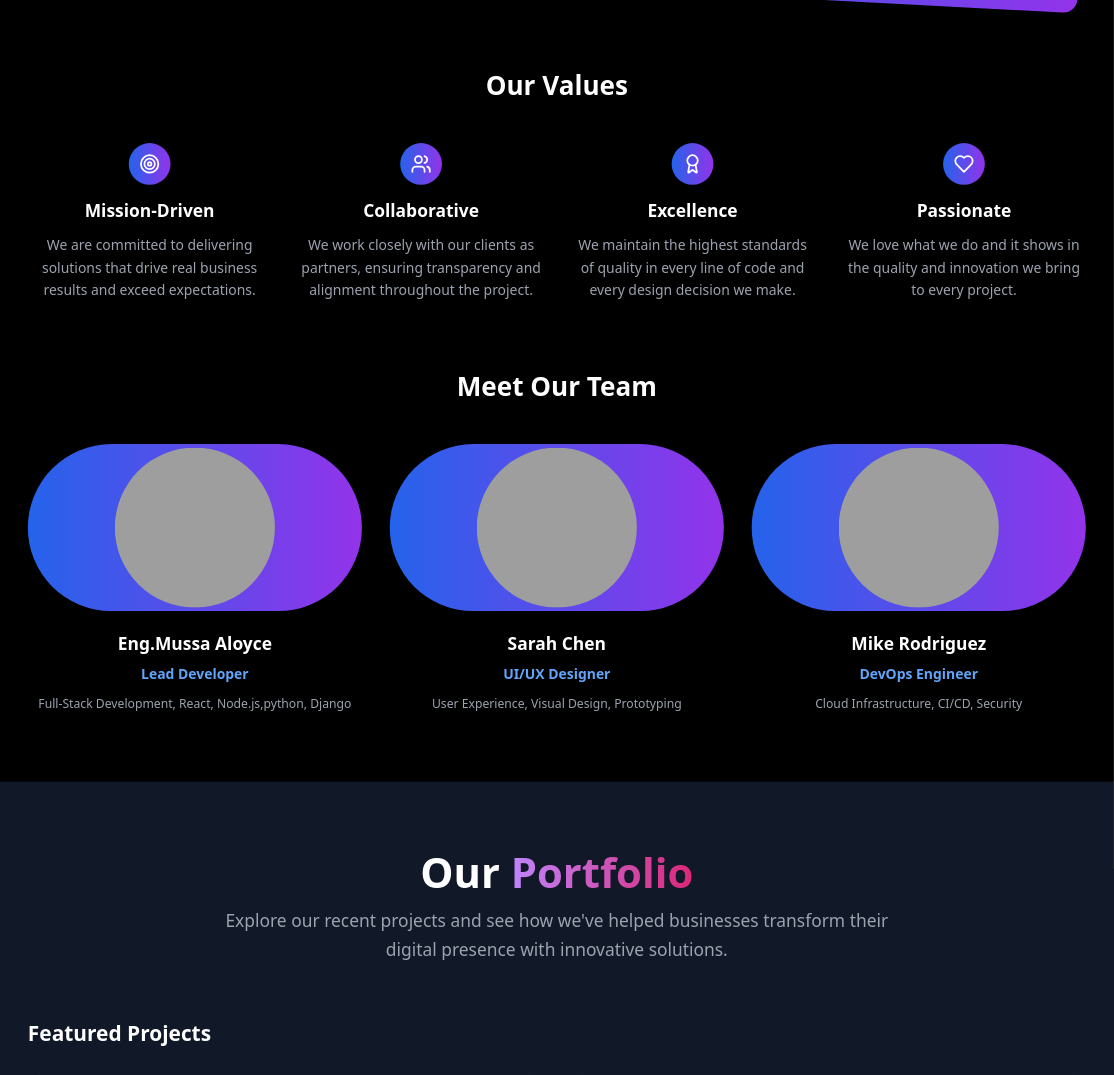
Repository: naza-webtech/nazawebtech.com
Page: /
An editor plug-in stored every save of this project. The page is shown before and after a run of saves, followed by the edit.
The browser window is 1280 px wide. The pictures show the part of the page from y = 3674 to 4910 px (the page is 9097 px tall), at 87% of full size.
Pictures or frames that could not be fetched are drawn as grey boxes. The project was rebuilt for these pictures with package versions that can differ from the ones it lists, and the page was loaded fresh each time. Also part of the build but not shown: vite.config.ts.

Above is the page before, as saved 2025-11-14 09:16:57.

### index.html
<!doctype html>
<html lang="en">
  <head>
    <meta charset="UTF-8" />
    <link rel="icon" type="image/svg+xml" href="/vite.svg" />
    <meta name="viewport" content="width=device-width, initial-scale=1.0" />
    <title>NazaWebTech - Web Development & Digital Solutions</title>
    <meta name="description" content="Transform your business with innovative web development, mobile apps, and digital solutions. Expert team delivering cutting-edge technology solutions.">
    <meta name="keywords" content="web development, mobile apps, e-commerce, digital solutions, React, Next.js, technology consulting">
  </head>
  <body>
    <div id="root"></div>
    <script type="module" src="/src/main.tsx"></script>
  </body>
</html>

### src/App.tsx
import React from 'react';
import Header from './components/Header';
import Hero from './components/Hero';
import Services from './components/Services';
import About from './components/About';
import Portfolio from './components/Portfolio';
import Testimonials from './components/Testimonials';
import Contact from './components/Contact';
import Footer from './components/Footer';

function App() {
  return (
    <div className="bg-black">
      <Header />
      <Hero />
      <Services />
      <About />
      <Portfolio />
      <Testimonials />
      <Contact />
      <Footer />
    </div>
  );
}

export default App;

### src/components/Header.tsx
import React, { useState, useEffect } from 'react';
import { Menu, X, Code2 } from 'lucide-react';

const Header = () => {
  const [isMenuOpen, setIsMenuOpen] = useState(false);
  const [isScrolled, setIsScrolled] = useState(false);

  useEffect(() => {
    const handleScroll = () => {
      setIsScrolled(window.scrollY > 50);
    };
    window.addEventListener('scroll', handleScroll);
    return () => window.removeEventListener('scroll', handleScroll);
  }, []);

  const navItems = [
    { label: 'Home', href: '#home' },
    { label: 'Services', href: '#services' },
    { label: 'About', href: '#about' },
    { label: 'Portfolio', href: '#portfolio' },
    { label: 'Contact', href: '#contact' },
  ];

  const scrollToSection = (href: string) => {
    const element = document.querySelector(href);
    if (element) {
      element.scrollIntoView({ behavior: 'smooth' });
      setIsMenuOpen(false);
    }
  };

  return (
    <header className={`fixed top-0 left-0 right-0 z-50 transition-all duration-300 ${
      isScrolled ? 'bg-gray-900/95 backdrop-blur-md shadow-lg' : 'bg-transparent'
    }`}>
      <div className="max-w-7xl mx-auto px-4 sm:px-6 lg:px-8">
        <div className="flex items-center justify-between h-16">
          <div className="flex items-center space-x-2">
            <Code2 className="h-8 w-8 text-blue-500" />
            <span className="text-xl font-bold text-white">NazaWebTech</span>
          </div>

          <nav className="hidden md:flex items-center space-x-8">
            {navItems.map((item) => (
              <button
                key={item.label}
                onClick={() => scrollToSection(item.href)}
                className="text-gray-300 hover:text-white transition-colors duration-200 font-medium"
              >
                {item.label}
              </button>
            ))}
            <button
              onClick={() => scrollToSection('#contact')}
              className="bg-blue-600 hover:bg-blue-700 text-white px-6 py-2 rounded-full transition-colors duration-200 font-medium"
            >
              Get Started
            </button>
          </nav>

          <button
            className="md:hidden text-white"
            onClick={() => setIsMenuOpen(!isMenuOpen)}
          >
            {isMenuOpen ? <X size={24} /> : <Menu size={24} />}
          </button>
        </div>

        {/* Mobile menu */}
        {isMenuOpen && (
          <div className="md:hidden bg-gray-900/95 backdrop-blur-md rounded-lg mt-2 p-4">
            {navItems.map((item) => (
              <button
                key={item.label}
                onClick={() => scrollToSection(item.href)}
                className="block w-full text-left text-gray-300 hover:text-white py-2 transition-colors duration-200"
              >
                {item.label}
              </button>
            ))}
            <button
              onClick={() => scrollToSection('#contact')}
              className="w-full bg-blue-600 hover:bg-blue-700 text-white px-6 py-2 rounded-full transition-colors duration-200 mt-4"
            >
              Get Started
            </button>
          </div>
        )}
      </div>
    </header>
  );
};

export default Header;

### src/components/Hero.tsx
import React from 'react';
import { ArrowRight, Play } from 'lucide-react';

const Hero = () => {
  const scrollToSection = (href: string) => {
    const element = document.querySelector(href);
    if (element) {
      element.scrollIntoView({ behavior: 'smooth' });
    }
  };

  return (
    <section id="home" className="relative min-h-screen flex items-center justify-center overflow-hidden">
      {/* Background */}
      <div className="absolute inset-0 bg-gradient-to-br from-gray-900 via-gray-800 to-black">
        <div className="absolute inset-0 bg-[url('https://images.pexels.com/photos/546819/pexels-photo-546819.jpeg')] bg-cover bg-center opacity-10"></div>
        <div className="absolute inset-0 bg-gradient-to-r from-blue-600/20 to-purple-600/20"></div>
      </div>

      {/* Animated particles */}
      <div className="absolute inset-0">
        {[...Array(20)].map((_, i) => (
          <div
            key={i}
            className="absolute w-2 h-2 bg-blue-500 rounded-full opacity-30 animate-pulse"
            style={{
              left: `${Math.random() * 100}%`,
              top: `${Math.random() * 100}%`,
              animationDelay: `${Math.random() * 3}s`,
              animationDuration: `${2 + Math.random() * 3}s`,
            }}
          />
        ))}
      </div>

      <div className="relative z-10 max-w-7xl mx-auto px-4 sm:px-6 lg:px-8 text-center">
        <div className="max-w-4xl mx-auto">
          <h1 className="text-5xl md:text-7xl font-bold text-white mb-6 leading-tight">
            <span className="bg-gradient-to-r from-blue-400 to-purple-600 bg-clip-text text-transparent">
              Crafting
            </span>{' '}
            Digital Excellence
          </h1>

          <p className="text-xl md:text-2xl text-gray-300 mb-8 leading-relaxed max-w-3xl mx-auto">
            We transform your vision into powerful digital experiences through cutting-edge web development,
            innovative design, and strategic technology solutions.
          </p>

          <div className="flex flex-col sm:flex-row items-center justify-center gap-4 mb-12">
            <button
              onClick={() => scrollToSection('#services')}
              className="group bg-blue-600 hover:bg-blue-700 text-white px-8 py-4 rounded-full font-semibold transition-all duration-300 transform hover:scale-105 hover:shadow-xl flex items-center gap-2"
            >
              Explore Our Services
              <ArrowRight className="w-5 h-5 group-hover:translate-x-1 transition-transform duration-300" />
            </button>

            <button
              onClick={() => scrollToSection('#portfolio')}
              className="group bg-transparent border-2 border-white text-white hover:bg-white hover:text-gray-900 px-8 py-4 rounded-full font-semibold transition-all duration-300 flex items-center gap-2"
            >
              <Play className="w-5 h-5" />
              View Our Work
            </button>
          </div>

          <div className="grid grid-cols-1 md:grid-cols-3 gap-8 mt-16">
            <div className="text-center">
              <div className="text-4xl font-bold text-blue-400 mb-2">50+</div>
              <div className="text-gray-400">Projects Completed</div>
            </div>
            <div className="text-center">
              <div className="text-4xl font-bold text-emerald-400 mb-2">5+</div>
              <div className="text-gray-400">Years Experience</div>
            </div>
            <div className="text-center">
              <div className="text-4xl font-bold text-orange-400 mb-2">100%</div>
              <div className="text-gray-400">Client Satisfaction</div>
            </div>
          </div>
        </div>
      </div>

      {/* Scroll indicator */}
      <div className="absolute bottom-8 left-1/2 transform -translate-x-1/2 animate-bounce">
        <div className="w-6 h-10 border-2 border-white rounded-full flex justify-center">
          <div className="w-1 h-3 bg-white rounded-full mt-2 animate-pulse"></div>
        </div>
      </div>
    </section>
  );
};

export default Hero;

### src/components/About.tsx
import React from 'react';
import { Users, Award, Target, Heart } from 'lucide-react';

const About = () => {
  const values = [
    {
      icon: <Target className="w-6 h-6" />,
      title: 'Mission-Driven',
      description: 'We are committed to delivering solutions that drive real business results and exceed expectations.'
    },
    {
      icon: <Users className="w-6 h-6" />,
      title: 'Collaborative',
      description: 'We work closely with our clients as partners, ensuring transparency and alignment throughout the project.'
    },
    {
      icon: <Award className="w-6 h-6" />,
      title: 'Excellence',
      description: 'We maintain the highest standards of quality in every line of code and every design decision we make.'
    },
    {
      icon: <Heart className="w-6 h-6" />,
      title: 'Passionate',
      description: 'We love what we do and it shows in the quality and innovation we bring to every project.'
    }
  ];

  const team = [
    {
      name: 'Eng.Mussa Aloyce',
      role: 'Lead Developer',
      image: 'p',
      expertise: 'Full-Stack Development, React, Node.js,python, Django'
    },
    {
      name: 'Sarah Chen',
      role: 'UI/UX Designer',
      image: 'https://images.pexels.com/photos/774909/pexels-photo-774909.jpeg',
      expertise: 'User Experience, Visual Design, Prototyping'
    },
    {
      name: 'Mike Rodriguez',
      role: 'DevOps Engineer',
      image: 'https://images.pexels.com/photos/697509/pexels-photo-697509.jpeg',
      expertise: 'Cloud Infrastructure, CI/CD, Security'
    }
  ];

  return (
    <section id="about" className="py-20 bg-black">
      <div className="max-w-7xl mx-auto px-4 sm:px-6 lg:px-8">
        <div className="text-center mb-16">
          <h2 className="text-4xl md:text-5xl font-bold text-white mb-4">
            About <span className="bg-gradient-to-r from-emerald-400 to-blue-600 bg-clip-text text-transparent">NazaWebTech</span>
          </h2>
          <p className="text-xl text-gray-400 max-w-3xl mx-auto leading-relaxed">
            We're a passionate team of developers, designers, and strategists dedicated to creating
            exceptional digital experiences that drive business growth.
          </p>
        </div>

        <div className="grid grid-cols-1 lg:grid-cols-2 gap-16 items-center mb-20">
          <div>
            <h3 className="text-3xl font-bold text-white mb-6">Our Story</h3>
            <p className="text-gray-300 mb-6 leading-relaxed">
              Founded in 2019, NazaWebTech began as a vision to bridge the gap between cutting-edge
              technology and business success. We've grown from a small startup to a trusted partner
              for businesses ranging from startups to enterprise corporations.
            </p>
            <p className="text-gray-300 mb-6 leading-relaxed">
              Our approach combines technical expertise with deep business understanding, ensuring
              that every solution we create not only works flawlessly but also drives measurable
              results for our clients.
            </p>
            <div className="flex items-center space-x-8">
              <div>
                <div className="text-2xl font-bold text-emerald-400">50+</div>
                <div className="text-gray-400 text-sm">Happy Clients</div>
              </div>
              <div>
                <div className="text-2xl font-bold text-blue-400">100+</div>
                <div className="text-gray-400 text-sm">Projects</div>
              </div>
              <div>
                <div className="text-2xl font-bold text-orange-400">5+</div>
                <div className="text-gray-400 text-sm">Years</div>
              </div>
            </div>
          </div>

          <div className="relative">
            <div className="absolute inset-0 bg-gradient-to-r from-blue-600 to-purple-600 rounded-2xl transform rotate-3"></div>
            <img
              src="https://images.pexels.com/photos/3183150/pexels-photo-3183150.jpeg"
              alt="Team working"
              className="relative rounded-2xl w-full h-96 object-cover"
            />
          </div>
        </div>

        <div className="mb-20">
          <h3 className="text-3xl font-bold text-white text-center mb-12">Our Values</h3>
          <div className="grid grid-cols-1 md:grid-cols-2 lg:grid-cols-4 gap-8">
            {values.map((value, index) => (
              <div key={index} className="text-center">
                <div className="bg-gradient-to-r from-blue-600 to-purple-600 w-12 h-12 rounded-full flex items-center justify-center mx-auto mb-4 text-white">
                  {value.icon}
                </div>
                <h4 className="text-xl font-bold text-white mb-3">{value.title}</h4>
                <p className="text-gray-400 leading-relaxed">{value.description}</p>
              </div>
            ))}
          </div>
        </div>

        <div>
          <h3 className="text-3xl font-bold text-white text-center mb-12">Meet Our Team</h3>
          <div className="grid grid-cols-1 md:grid-cols-3 gap-8">
            {team.map((member, index) => (
              <div key={index} className="group text-center">
                <div className="relative mb-6">
                  <div className="absolute inset-0 bg-gradient-to-r from-blue-600 to-purple-600 rounded-full transform group-hover:scale-105 transition-transform duration-300"></div>
                  <img
                    src={member.image}
                    alt={member.name}
                    className="relative w-48 h-48 rounded-full object-cover mx-auto p-1"
                  />
                </div>
                <h4 className="text-xl font-bold text-white mb-2">{member.name}</h4>
                <p className="text-blue-400 font-semibold mb-3">{member.role}</p>
                <p className="text-gray-400 text-sm">{member.expertise}</p>
              </div>
            ))}
          </div>
        </div>
      </div>
    </section>
  );
};

export default About;

### src/components/Testimonials.tsx
import React from 'react';
import { Star, Quote } from 'lucide-react';

const Testimonials = () => {
  const testimonials = [
    {
      name: 'M',
      role: 'CEO, TechStart Inc.',
      image: 'https://images.pexels.com/photos/415829/pexels-photo-415829.jpeg',
      content: 'NazaWebTech transformed our outdated website into a modern, high-performing platform that increased our conversions by 200%. Their attention to detail and technical expertise is unmatched.',
      rating: 5
    },
    {
      name: 'David Kim',
      role: 'Founder, EcoCommerce',
      image: 'https://images.pexels.com/photos/1222271/pexels-photo-1222271.jpeg',
      content: 'Working with NazaWebTech was a game-changer for our e-commerce business. They delivered a scalable solution that handles our peak traffic seamlessly. Highly recommended!',
      rating: 5
    },
    {
      name: 'Maria Santos',
      role: 'CTO, HealthTech Solutions',
      image: 'https://images.pexels.com/photos/733872/pexels-photo-733872.jpeg',
      content: 'The team\'s expertise in healthcare technology and compliance requirements was impressive. They delivered a HIPAA-compliant platform that exceeds all our expectations.',
      rating: 5
    },
    {
      name: 'Robert Chen',
      role: 'Director, Financial Services',
      image: 'https://images.pexels.com/photos/1043471/pexels-photo-1043471.jpeg',
      content: 'Security and performance were our top priorities, and NazaWebTech delivered on both fronts. Our mobile app has been running flawlessly with zero security incidents.',
      rating: 5
    }
  ];

  return (
    <section className="py-20 bg-black">
      <div className="max-w-7xl mx-auto px-4 sm:px-6 lg:px-8">
        <div className="text-center mb-16">
          <h2 className="text-4xl md:text-5xl font-bold text-white mb-4">
            What Our <span className="bg-gradient-to-r from-yellow-400 to-orange-600 bg-clip-text text-transparent">Clients Say</span>
          </h2>
          <p className="text-xl text-gray-400 max-w-3xl mx-auto leading-relaxed">
            Don't just take our word for it. Here's what our clients have to say about
            working with NazaWebTech.
          </p>
        </div>

        <div className="grid grid-cols-1 md:grid-cols-2 gap-8">
          {testimonials.map((testimonial, index) => (
            <div
              key={index}
              className="group bg-gray-900/50 backdrop-blur-sm rounded-2xl p-8 border border-gray-700/50 hover:border-yellow-500/50 transition-all duration-300 hover:transform hover:scale-105 hover:shadow-2xl relative"
            >
              <Quote className="absolute top-6 right-6 w-8 h-8 text-yellow-500/20" />

              <div className="flex items-center mb-6">
                <img
                  src={testimonial.image}
                  alt={testimonial.name}
                  className="w-16 h-16 rounded-full object-cover mr-4"
                />
                <div>
                  <h4 className="text-xl font-bold text-white">{testimonial.name}</h4>
                  <p className="text-gray-400">{testimonial.role}</p>
                </div>
              </div>

              <div className="flex mb-4">
                {[...Array(testimonial.rating)].map((_, starIndex) => (
                  <Star key={starIndex} className="w-5 h-5 text-yellow-500 fill-current" />
                ))}
              </div>

              <p className="text-gray-300 leading-relaxed italic">
                "{testimonial.content}"
              </p>
            </div>
          ))}
        </div>

        <div className="text-center mt-16">
          <div className="inline-flex items-center space-x-8 bg-gray-900/50 rounded-full px-8 py-4 border border-gray-700/50">
            <div className="text-center">
              <div className="text-2xl font-bold text-yellow-400">4.9/5</div>
              <div className="text-gray-400 text-sm">Average Rating</div>
            </div>
            <div className="w-px h-12 bg-gray-700"></div>
            <div className="text-center">
              <div className="text-2xl font-bold text-yellow-400">50+</div>
              <div className="text-gray-400 text-sm">Happy Clients</div>
            </div>
            <div className="w-px h-12 bg-gray-700"></div>
            <div className="text-center">
              <div className="text-2xl font-bold text-yellow-400">100%</div>
              <div className="text-gray-400 text-sm">Satisfaction</div>
            </div>
          </div>
        </div>
      </div>
    </section>
  );
};

export default Testimonials;

Loaded but not shown: src/main.tsx (common file); src/index.css (common file); tailwind.config.js (common file); src/components/Portfolio.tsx (201 lines, source omitted); src/components/Contact.tsx (201 lines, source omitted); src/components/Services.tsx (136 lines, source omitted); src/components/Footer.tsx (142 lines, source omitted)

After the next 2 saves:
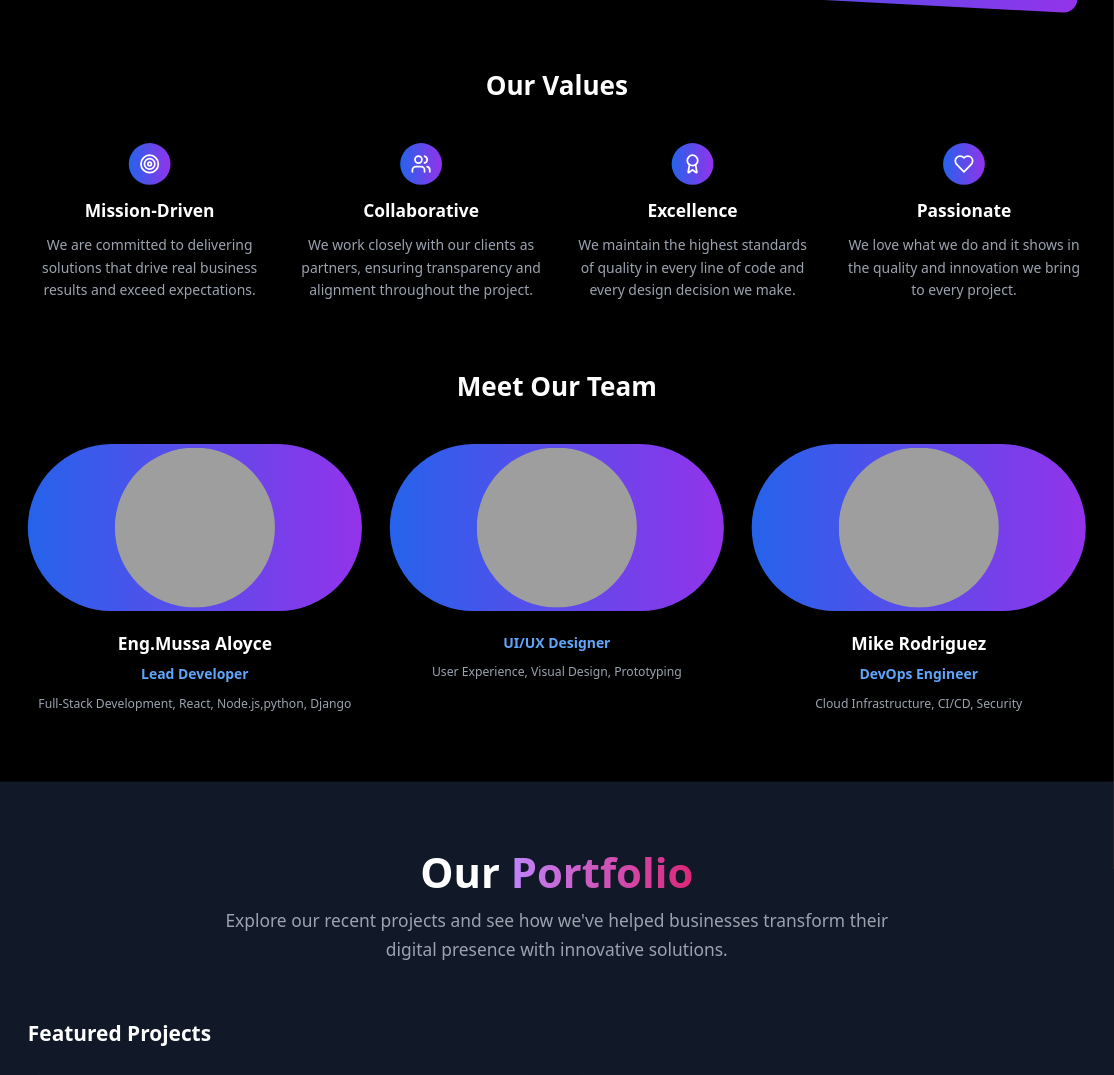
The 2 saves are shown as one change because they came seconds apart.
The last was saved 2 min 32 s later.
--- a/src/components/About.tsx
+++ b/src/components/About.tsx
@@ -33,7 +33,7 @@ const About = () => {
       expertise: 'Full-Stack Development, React, Node.js,python, Django'
     },
     {
-      name: 'Sarah Chen',
+      name: '',
       role: 'UI/UX Designer',
       image: 'https://images.pexels.com/photos/774909/pexels-photo-774909.jpeg',
       expertise: 'User Experience, Visual Design, Prototyping'
